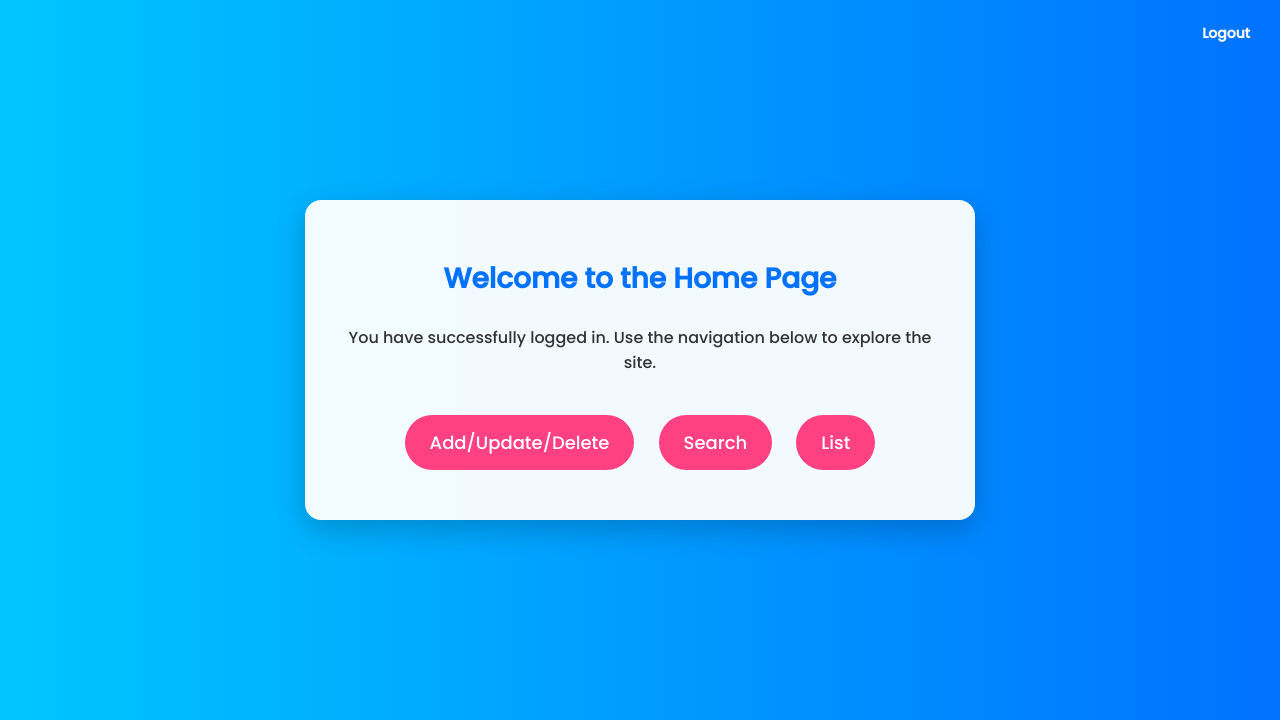
Repository: aakanksha4a/HoneySecure
Page: http://localhost/HoneySecure/fake.jsp
The author's editor kept a copy of each file at every save. The page is drawn from the files as they stood at one save, then again after the next save.
The browser window is 1280 px wide. The pictures show the whole page.
The page is served by Tomcat 10.

Above is the page before, as saved 2025-04-24 18:16:48.

After the next save:
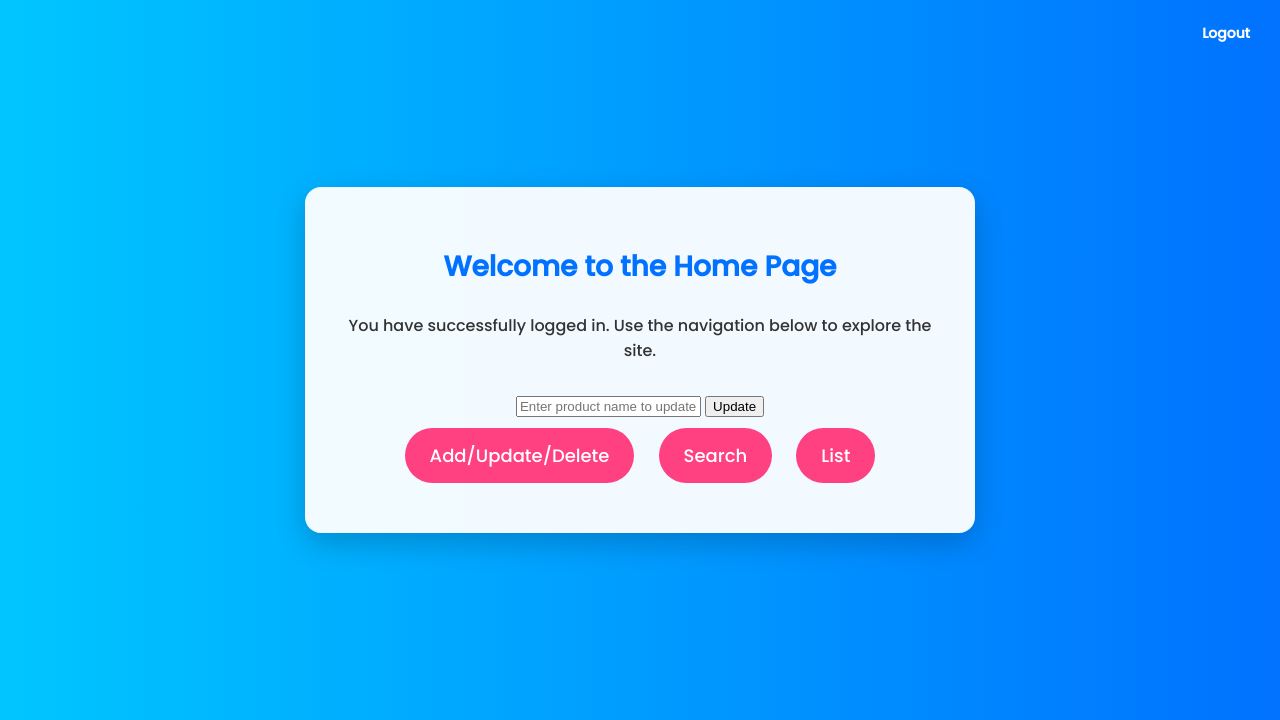
Saved 35 min 19 s later.
--- a/HoneySecure/src/main/webapp/fake.jsp
+++ b/HoneySecure/src/main/webapp/fake.jsp
@@ -109,6 +109,11 @@
     <h1>Welcome to the Home Page</h1>
     <p>You have successfully logged in. Use the navigation below to explore the site.</p>
 
+    <form action="logFakeActivity" method="post">
+    <input type="text" name="data" placeholder="Enter product name to update">
+    <input type="submit" value="Update">
+</form>
+
     <!-- Buttons for navigation -->
     <div class="btn-group">
       <a href="amdproduct.jsp">Add/Update/Delete</a>

After the save that followed:
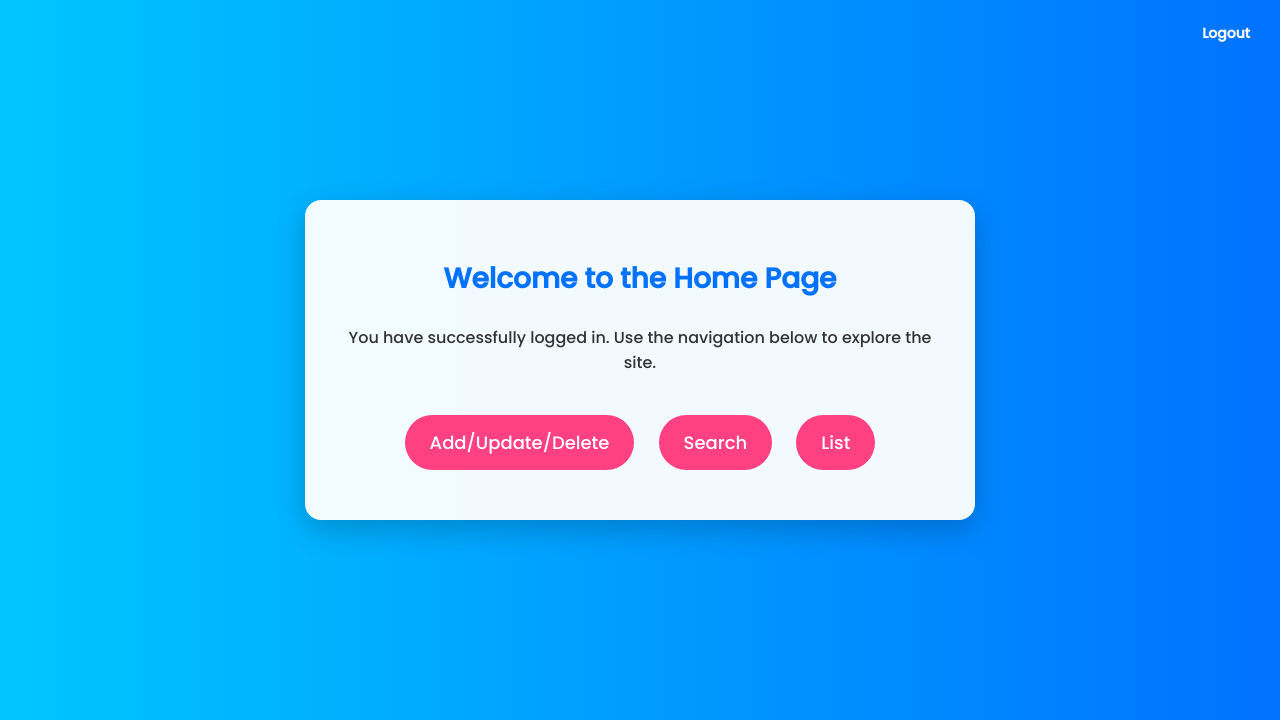
Saved 119 s later.
--- a/HoneySecure/src/main/webapp/fake.jsp
+++ b/HoneySecure/src/main/webapp/fake.jsp
@@ -109,10 +109,7 @@
     <h1>Welcome to the Home Page</h1>
     <p>You have successfully logged in. Use the navigation below to explore the site.</p>
 
-    <form action="logFakeActivity" method="post">
-    <input type="text" name="data" placeholder="Enter product name to update">
-    <input type="submit" value="Update">
-</form>
+
 
     <!-- Buttons for navigation -->
     <div class="btn-group">
